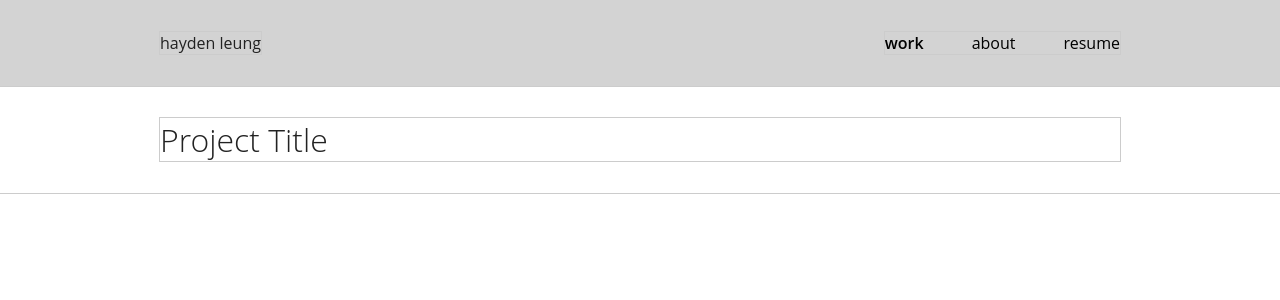
Repository: Haydenleung/Artifact
Page: /
These files come from the project's save history. The page is drawn as it stood at one moment and after the next save; the edit follows.
The browser window is 1280 px wide. The pictures show the whole page.
The project was rebuilt for these pictures with package versions that can differ from the ones it lists, and the page was loaded fresh each time. The framework's server and built-in components were replaced by stand-ins that run in the browser. Also part of the build but not shown: next.config.mjs.

Above is the page before, as saved 2024-01-28 22:40:25.

### src/pages/index.tsx
import Image from "next/image";
import Navbar from "@/components/Navbar";
import CaseStudy from "@/components/CaseStudy";

export default function Home() {
  return (
    <main className={"page"}>
      <Navbar />
      <div className={"caseStudy"}>
        <CaseStudy />
      </div>
    </main>
  )
}

### src/styles/globals.css
/* ==========================================================================
    [Table of contents]

    1. BASE
        1.1 Page Rendering Defaults
        1.2 Core Styling
        1.3 Typography
    2. LAYOUT
        2.1 Core Layout
        2.2 Small only
        2.3 medium and up
        2.4 Medium only
        2.5 large screens and up
    3. UTILITY classes
    4. PRINT

    ========================================================================== */

/* ==========================================================================
   BASE
   ========================================================================== */

/* 1.1 Page Rendering Defaults */

html {
  color: #222;
  font-size: 1em;
}

::-moz-selection {
  background: #b3d4fc;
  text-shadow: none;
}

::selection {
  background: #b3d4fc;
  text-shadow: none;
}

audio,
canvas,
iframe,
i,
img,
svg,
video {
  vertical-align: middle;
}

fieldset {
  border: 0;
  margin: 0;
  padding: 0;
}

textarea {
  resize: vertical;
}

/* 1.2 Core Styling */

/* refer to https://css-tricks.com/box-sizing/ */

*,
*:before,
*:after {
  box-sizing: border-box;
}

img {
  width: 100%;
}

/* 1.3 Typgraphy */

@import url('https://fonts.googleapis.com/css2?family=Open+Sans:ital,wght@0,300;0,400;0,500;0,600;0,700;0,800;1,300;1,400;1,500;1,600;1,700;1,800&display=swap');

h1,
h2,
h3,
h4,
h5,
h6 {
  font-weight: 400;
  /* text-align: center; */
  margin: 0;
}

h1 {
  font-size: 24pt;
  font-weight: 200;
}

h2 {
  font-size: 16pt;
}

h4 {
  font-size: 9pt;
}

h5 {
  font-size: 8pt;
}

* {
  font-family: 'Open Sans', sans-serif;
}


/* ==========================================================================
 2. LAYOUT
 ========================================================================== */

/* Helper to display empty layout containers*/

div,
main,
section,
footer,
header {
  outline: 1px solid #ccc;
}

body {
  padding: 0;
  margin: 0;
}

/* 2.1 Core layout */

.row {
  display: grid;
  row-gap: 1rem;
}

.col {
  position: relative;
}

.page {
  display: flex;
  flex-direction: column;
  justify-content: center;
  align-items: center;
}

.caseStudy {
  width: 100%;
  padding: 2rem 10rem;
}

/* Navbar */

/* 2.2 Small only */

@media screen and (max-width: 39.9375em) {}

/* 2.3 medium and up */

@media screen and (min-width: 40em) {}

/* 2.4 Medium only */

@media screen and (min-width: 40em) and (max-width: 63.9375em) {}

/* 2.5 large screens and up 2.6 Large only */

/* @media screen and (min-width: 64em) {

} */

### src/components/Navbar/index.tsx
import styles from './navbar.module.css'
import Image from 'next/image'
import Link from 'next/link'
import { useState } from 'react'

export default function Navbar() {

    const [isPage, setIsPage] = useState("Work");

    return (
        <div className={styles.container}>
            <div className={styles.logo}>hayden leung</div>
            <div className={styles.pages}>
                <Link href="/" className={isPage === "Work" ? styles.bold : styles.normal}>work</Link>
                <Link href="/" className={isPage === "about" ? styles.bold : styles.normal}>about</Link>
                <Link href="/" className={isPage === "resume" ? styles.bold : styles.normal}>resume</Link>
            </div>
        </div>
    )
}

### src/components/CaseStudy/index.tsx
export default function CaseStudy() {
    return (
        <div>
            <h1>Project Title</h1>
        </div>
    )
}

### src/components/Navbar/navbar.module.css
.container {
    background-color: lightgrey;
    padding: 0.5rem;
    width: 100%;
    padding: 2rem 10rem;
    display: flex;
    flex-direction: row;
    justify-content: space-between;
    position: sticky;
    min-height: 44px;
}

.logo {}

.pages {
    display: flex;
    flex-direction: row;
    gap: 3rem;
}

.bold {
    font-weight: 600;
    color: black;
    text-decoration: none;
}

.normal {
    color: black;
    text-decoration: none;
}

Loaded but not shown: src/pages/_app.tsx (common file); src/pages/_document.tsx (common file); src/pages/api/hello.ts (common file)

After the next save:
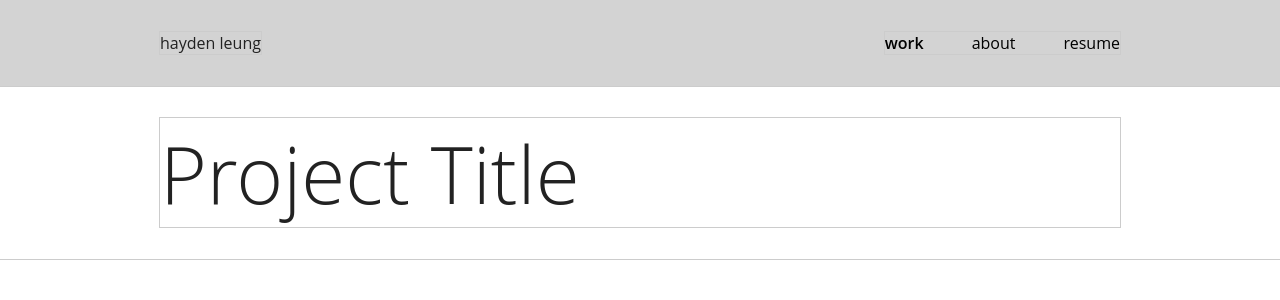
Saved 6 s later.
--- a/src/styles/globals.css
+++ b/src/styles/globals.css
@@ -87,7 +87,7 @@ h6 {
 }
 
 h1 {
-  font-size: 24pt;
+  font-size: 60pt;
   font-weight: 200;
 }
 
